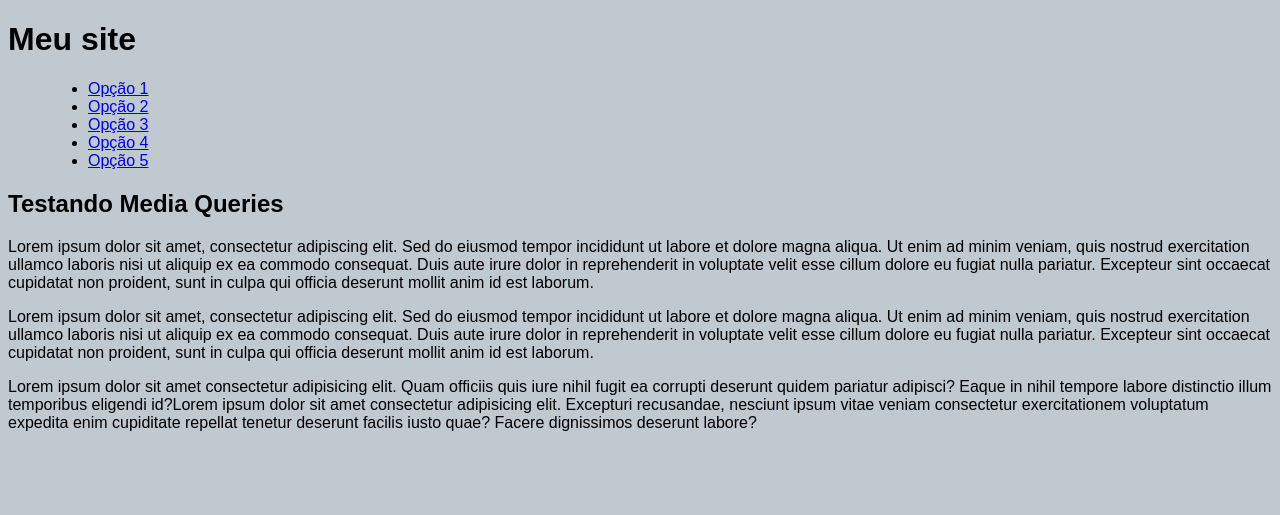
Repository: Sandro1969-tech/menu-hamburger
Page: index.html
The author's editor kept a copy of each file at every save. The page is drawn from the files as they stood at one save, then again after a run of saves.
The browser window is 1280 px wide. The pictures show the whole page.

Above is the page before, as saved 2025-12-25 18:00:35.

After the next 2 saves:
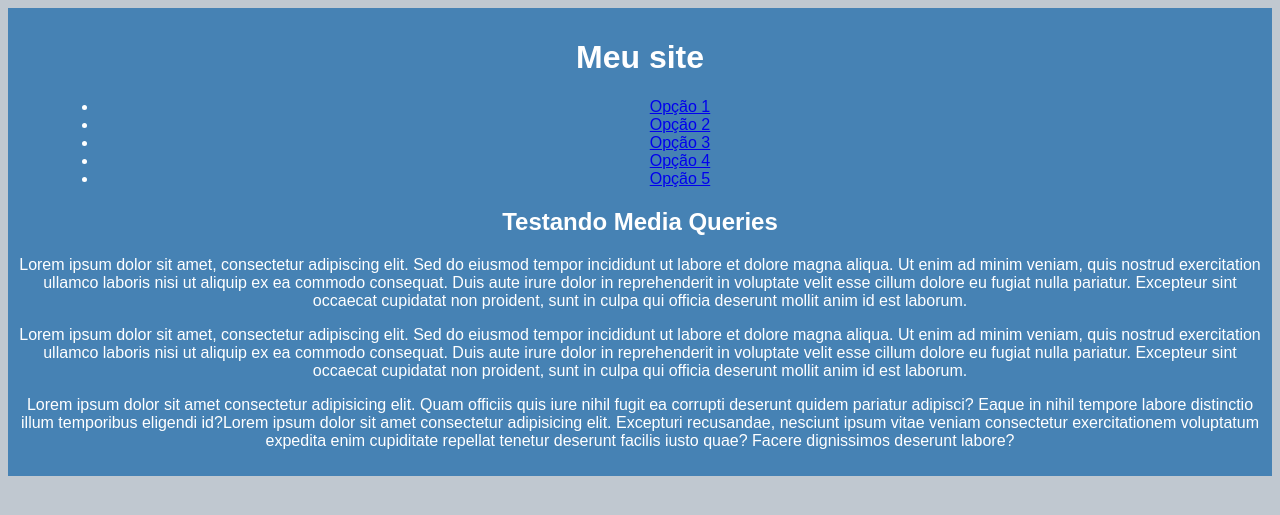
The 2 saves are shown as one change because they came seconds apart.
The last was saved 9 s later.
--- a/style.css
+++ b/style.css
@@ -8,3 +8,9 @@ body {
     background-color:
     rgba(119, 136, 153, 0.459);
 }
+header {
+    background-color: rgb(70, 130, 180);
+    color: white;
+    text-align: center;
+    padding: 10px;
+}
